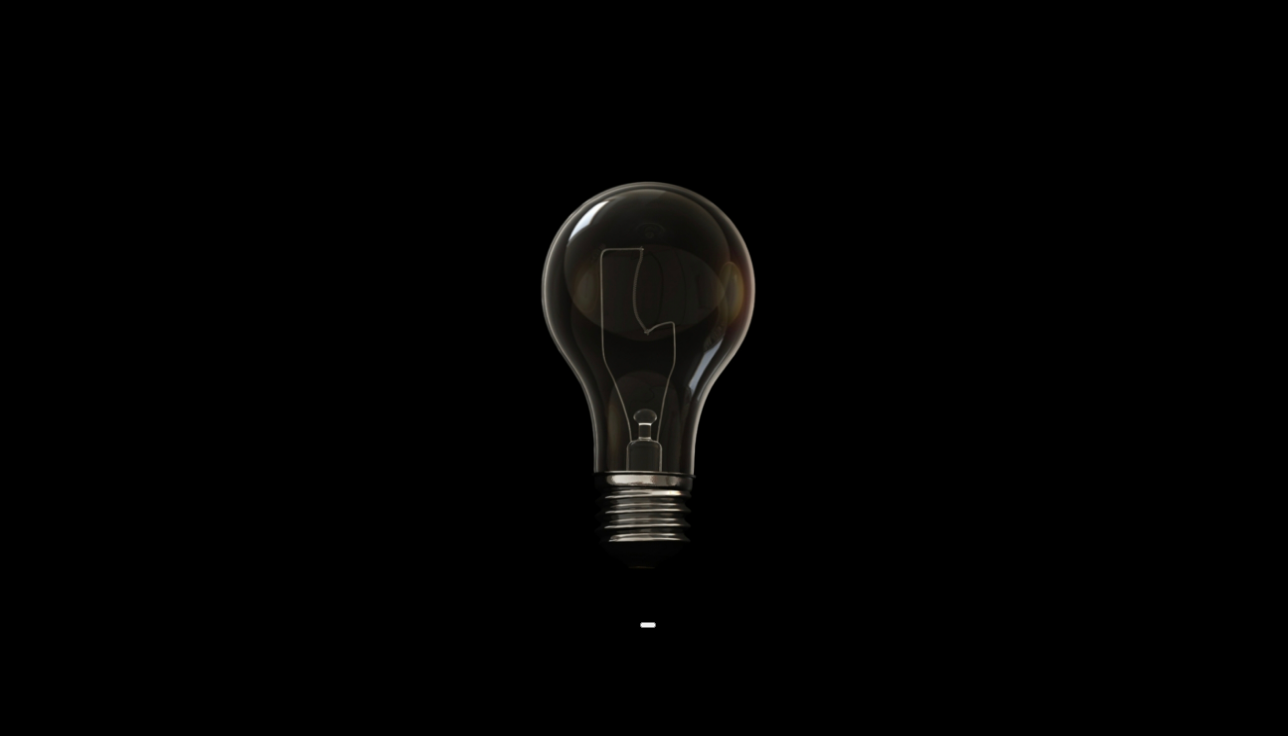
Repository: JunaidAnsari202/bulb
Page: index.html
An editor plug-in stored every save of this project. The page is shown before and after a run of saves, followed by the edit.
The browser window is 1280 px wide. The page is 1288 px wide, so the pictures cover 1288 px, including what lies to the right of the window. The pictures show the whole page.

Above is the page before, as saved 2023-10-27 21:37:03.

After the next 10 saves:
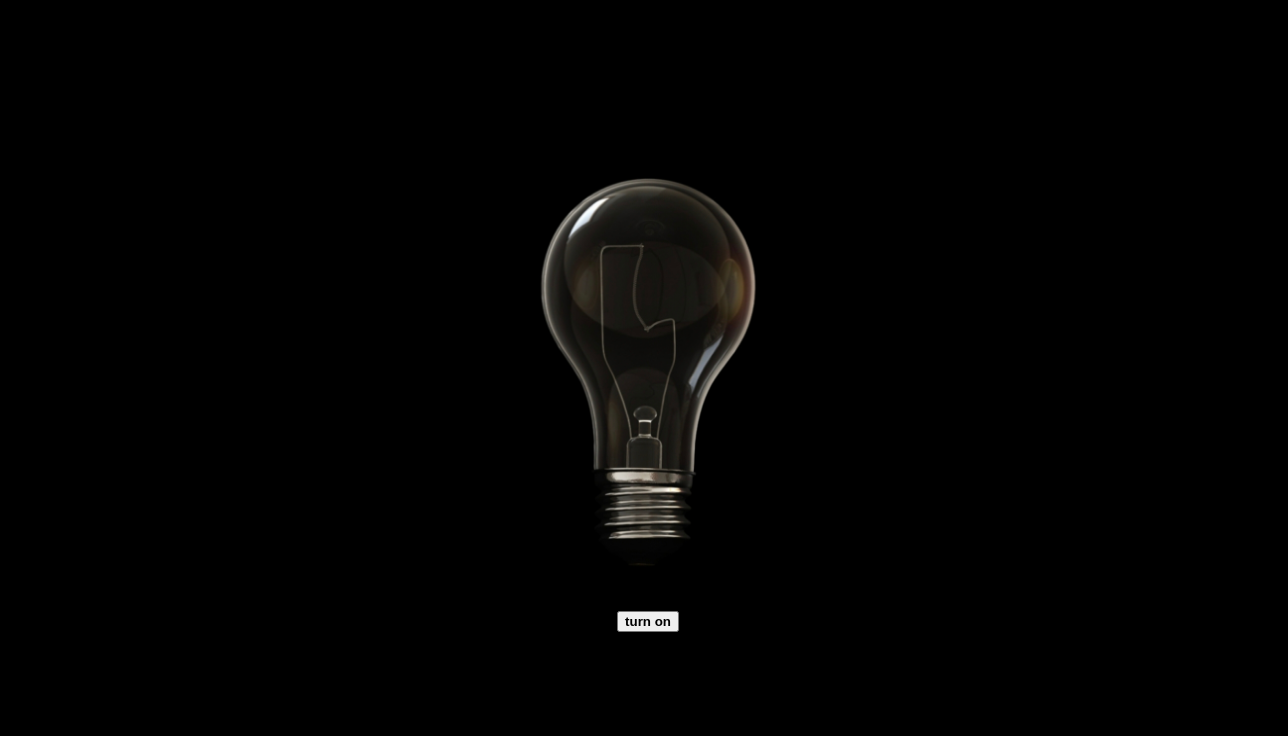
The 10 saves are shown as one change because they came seconds apart.
The last was saved 33 s later.
--- a/index.html
+++ b/index.html
@@ -8,7 +8,7 @@
 </head>
 <body>
 <div><img id="bulb" src="img/off.jpg" alt="" class="bulb"></div>
-   <div> <button id="btn" class="bttn" ></button></div>
+   <div> <button id="btn" class="bttn" ><span>turn on</span></button></div>
 </body>
 
 <script>
